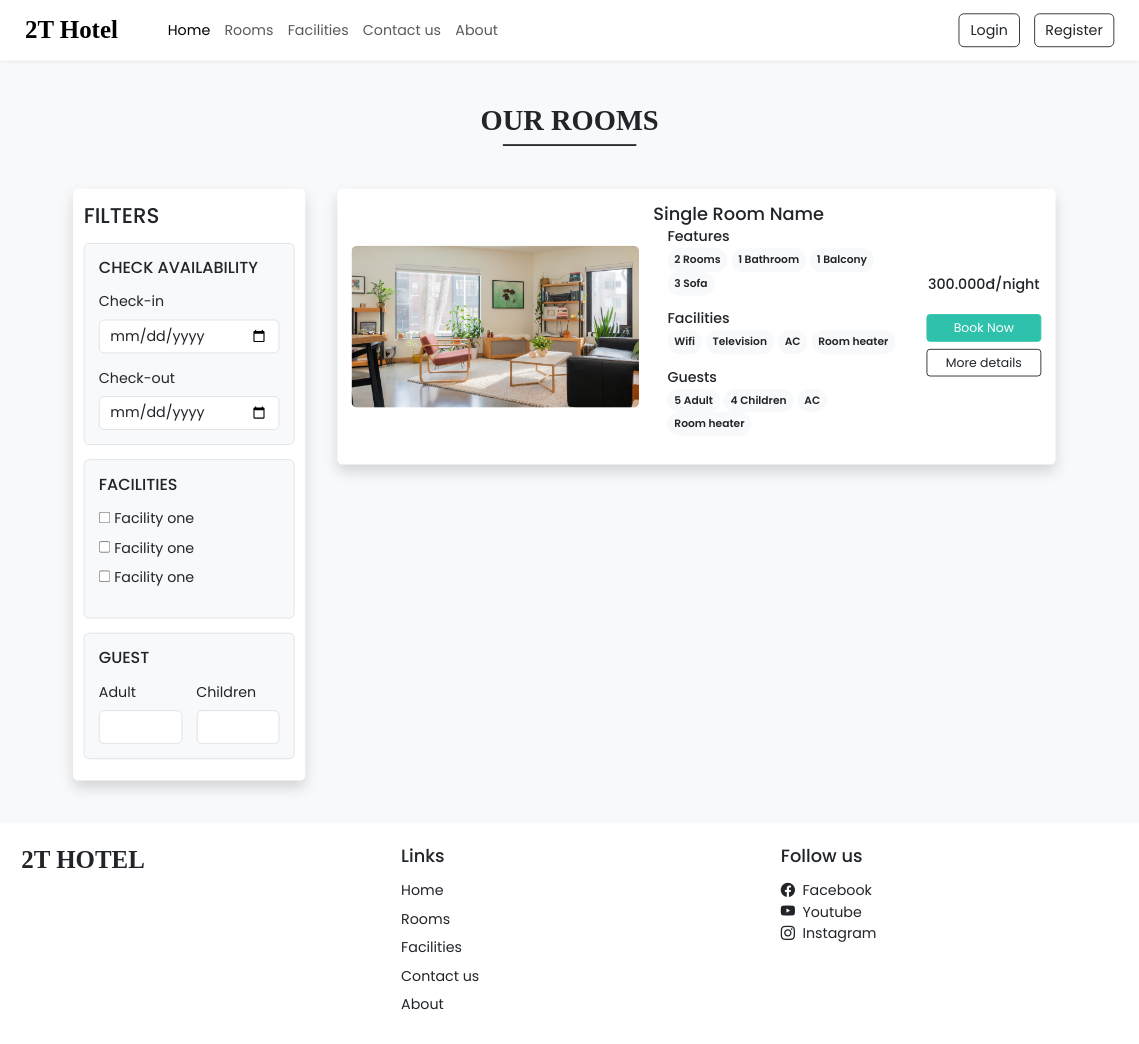
Repository: TaTongThanh2003/DoAnCoSo2024_BookingHotelWebsite
Page: http://localhost/WebsiteBookingHotel/rooms.php
These files come from the project's save history. The page is drawn as it stood at one moment and after the next save; the edit follows.
The browser window is 1280 px wide. The pictures show the whole page, at 89% of full size.
Some web fonts or font styles are not loaded; a fallback is used. The page is run by PHP 8.4 with error messages shown; the project is at /var/www/html/.

Above is the page before, as saved 2024-03-22 21:18:46.

### WebsiteBookingHotel/rooms.php
<!DOCTYPE html>
<html lang="en">

<head>
    <meta charset="UTF-8">
    <meta http-equiv="X-UA-Compatible" content="IE-edge">
    <meta name="viewport" content="width=device-width, initial-scale=1.0">
    <title>2T Hotel - ROOMS</title>
    <?php require('inc/links.php'); ?>
    <style>
    .pop:hover {
        border-top-color: var(--teal) !important;
        transform: scale(1.03);
        transition: all 0.3s;
    }
    </style>
    <link rel="stylesheet" href="https://cdn.jsdelivr.net/npm/swiper@11/swiper-bundle.min.css" />
    <style>
    @media screen and (max-width: 575px) {
        .availability-form {
            margin: 25px;
            padding: 0 35px;
        }
    }
    </style>
</head>

<body class="bg-light">
    <?php require('inc/header.php'); ?>

    <div class="my-5 px-4">
        <h2 class="fw-bold h-font text-center">OUR ROOMS</h2>
        <div class="h-line bg-dark"></div>
    </div>
    <div class="container">
        <div class="row">
            <div class="col-lg-3 col-md-12 mb-lg-0 mb-4">
                <nav class="navbar navbar-expand-lg navbar-light bg-white rounded shadow ">
                    <div class="container-fluid flex-lg-column align-items-stretch">
                        <h4 class="mt-2">FILTERS</h4>
                        <button class="navbar-toggler " type="button" data-bs-toggle="collapse"
                            data-bs-target="#filterDropdown">
                            <span class="navbar-toggler-icon"></span>
                        </button>
                        <div class="collapse navbar-collapse flex-column align-items-stretch mt-2" id="filterDropdown">
                            <div class="border bg-light p-3 rounded mb-3">
                                <h5 class="mb-3" style="font-size: 18px;">CHECK AVAILABILITY</h5>
                                <label class="form-label">Check-in</label>
                                <input type="date" class="form-control shadow-none mb-3">
                                <label class="form-label">Check-out</label>
                                <input type="date" class="form-control shadow-none">
                            </div>
                            <div class="border bg-light p-3 rounded mb-3">
                                <h5 class="mb-3" style="font-size: 18px;">FACILITIES</h5>
                                <div class="mb-2">
                                    <input type="checkbox" id="f1" class="form-check-control shadow-none mb-3">
                                    <label class="form-check-label" for="f1">Facility one</label>
                                    <div class="mb-2">
                                        <input type="checkbox" id="f2" class="form-check-control shadow-none mb-3">
                                        <label class="form-check-label" for="f2">Facility one</label>
                                        <div class="mb-2">
                                            <input type="checkbox" id="f3" class="form-check-control shadow-none mb-3">
                                            <label class="form-check-label" for="f3">Facility one</label>
                                        </div>

                                    </div>
                                </div>
                            </div>
                            <div class="border bg-light p-3 rounded mb-3">
                                <h5 class="mb-3" style="font-size: 18px;">GUEST</h5>
                                <div class="d-flex">
                                    <div class="me-3">
                                        <label class="form-label">Adult</label>
                                        <input type="number" class="form-control shadow-none">
                                    </div>
                                    <div>
                                        <label class="form-label">Children</label>
                                        <input type="number" class="form-control shadow-none">
                                    </div>
                                </div>
                            </div>
                        </div>
                    </div>
                </nav>
            </div>

            <div class="col-lg-9 col-md-12 px-4">
                <div class="card mb-4 border-0 shadow">
                    <div class="row g-0 p-3 align-items-center ">
                        <div class="col-md-5 mb-lg-0 mb-md-0 mb-3">
                            <img src="images/rooms/1.jpg" class="img-fluid rounded">
                        </div>
                        <div class="col-md-5 px-lg-3 px-md-3 px-0">
                            <h5 class="mb-1">Single Room Name</h5>
                            <div class="features mb-3 px-lg-3">
                                <h6 class="mb-1">Features</h6>
                                <span class="badge rounded-pill bg-light text-dark text-wrap lh-base">
                                    2 Rooms
                                </span>
                                <span class="badge rounded-pill bg-light text-dark text-wrap lh-base">
                                    1 Bathroom
                                </span>
                                <span class="badge rounded-pill bg-light text-dark text-wrap lh-base">
                                    1 Balcony
                                </span>
                                <span class="badge rounded-pill bg-light text-dark text-wrap lh-base">
                                    3 Sofa
                                </span>
                            </div>
                            <div class="facilities mb-3 px-lg-3">
                                <h6 class="mb-1">Facilities</h6>
                                <span class="badge rounded-pill bg-light text-dark text-wrap lh-base">
                                    Wifi
                                </span>
                                <span class="badge rounded-pill bg-light text-dark text-wrap lh-base">
                                    Television
                                </span>
                                <span class="badge rounded-pill bg-light text-dark text-wrap lh-base">
                                    AC
                                </span>
                                <span class="badge rounded-pill bg-light text-dark text-wrap lh-base">
                                    Room heater
                                </span>
                            </div>
                            <div class="guests mb-3 px-lg-3">
                                <h6 class="mb-1">Guests</h6>
                                <span class="badge rounded-pill bg-light text-dark text-wrap lh-base">
                                    5 Adult
                                </span>
                                <span class="badge rounded-pill bg-light text-dark text-wrap lh-base">
                                    4 Children
                                </span>
                                <span class="badge rounded-pill bg-light text-dark text-wrap lh-base">
                                    AC
                                </span>
                                <span class="badge rounded-pill bg-light text-dark text-wrap lh-base">
                                    Room heater
                                </span>
                            </div>
                        </div>
                        <div class="col-md-2 text-center">
                            <h6 class="mb-4">300.000đ/night</h6>
                            <a href="#" class="btn btn-sm w-100 text-white custom-bg shadow-none mb-2">Book Now</a>
                            <a href="#" class="btn btn-sm w-100 btn-outline-dark shadow-none">More details</a>
                        </div>
                    </div>
                </div>
            </div>
        </div>
    </div>

    <!-- footer -->
    <?php require('inc/footer.php'); ?>




    <!-- <script src="https://cdn.jsdelivr.net/npm/swiper@11/swiper-bundle.min.js"></script>
    <script src="https://cdn.jsdelivr.net/npm/bootstrap@5.3.3/dist/js/bootstrap.bundle.min.js"
        integrity="sha384-YvpcrYf0tY3lHB60NNkmXc5s9fDVZLESaAA55NDzOxhy9GkcIdslK1eN7N6jIeHz" crossorigin="anonymous">
    </script> -->
    <!-- <script>
    var swiper = new Swiper(".swiper-container", {
        spaceBetween: 30,
        effect: "fade",
        loop: true,
        autoplay: {
            delay: 3500,
            disableOnInteraction: false,
        }
    });
    var swiper = new Swiper(".swiper-testimonials", {
        effect: "coverflow",
        grabCursor: true,
        centeredSlides: true,
        slidesPerView: "auto",
        slidesPerView: "3",
        loop: true,
        coverflowEffect: {
            rotate: 50,
            stretch: 0,
            depth: 100,
            modifier: 1,
            slideShadows: false,
        },
        pagination: {
            el: ".swiper-pagination",
        },
        breakpoints: {
            320: {
                slidesPerView: 1,
            },
            640: {
                slidesPerView: 1,
            },
            768: {
                slidesPerView: 2,
            },
            1024: {
                slidesPerView: 3,
            },
        }
    });
    </script> -->
</body>

</html>

### WebsiteBookingHotel/inc/links.php
<link href="https://cdn.jsdelivr.net/npm/bootstrap@5.3.3/dist/css/bootstrap.min.css" rel="stylesheet"
    integrity="sha384-QWTKZyjpPEjISv5WaRU9OFeRpok6YctnYmDr5pNlyT2bRjXh0JMhjY6hW+ALEwIH" crossorigin="anonymous">
<link href="https://fonts.googleapis.com/css2?family=Merienda:wght@400;700&family=Poppins:wght@400;500;600&display=swap"
    rel="stylesheet">
<link rel="stylesheet" href="https://cdn.jsdelivr.net/npm/bootstrap-icons@1.11.3/font/bootstrap-icons.min.css">
<link rel="stylesheet" href="css/common.css">

### WebsiteBookingHotel/inc/header.php
<nav class="navbar navbar-expand-lg navbar-light bg-white px-lg-3 py-lg-2 shadow-sm sticky-top">
    <div class="container-fluid">
        <a class="navbar-brand me-5 fw-bold fs-3 h-font" href="index.php">2T Hotel</a>
        <button class="navbar-toggler shadow-none" type="button" data-bs-toggle="collapse"
            data-bs-target="#navbarSupportedContent" aria-controls="navbarSupportedContent" aria-expanded="false"
            aria-label="Toggle navigation">
            <span class="navbar-toggler-icon"></span>
        </button>
        <div class="collapse navbar-collapse" id="navbarSupportedContent">
            <ul class="navbar-nav me-auto mb-2 mb-lg-0">
                <li class="nav-item">
                    <a class="nav-link active" aria-current="page" href="index.php">Home</a>
                </li>
                <li class="nav-item">
                    <a class="nav-link" href="rooms.php">Rooms</a>
                </li>
                <li class="nav-item">
                    <a class="nav-link" href="facilities.php">Facilities</a>
                </li>
                <li class="nav-item">
                    <a class="nav-link" href="contact.php">Contact us</a>
                </li>
                <li class="nav-item">
                    <a class="nav-link" href="about.php">About</a>
                </li>
            </ul>
            <div class="d-flex">
                <button type="button" class="btn btn-outline-dark shadow-none me-lg-3 me-2" data-bs-toggle="modal"
                    data-bs-target="#loginModal">
                    Login
                </button>
                <button type="button" class="btn btn-outline-dark shadow-none " data-bs-toggle="modal"
                    data-bs-target="#registerModal">
                    Register
                </button>
            </div>
        </div>
    </div>
</nav>

<!-- login -->
<div class="modal fade" id="loginModal" data-bs-backdrop="static" data-bs-keyboard="false" tabindex="-1"
    aria-labelledby="staticBackdropLabel" aria-hidden="true">
    <div class="modal-dialog">
        <div class="modal-content">
            <form>
                <div class="modal-header">
                    <h5 class="modal-title d-flex align-item-center">
                        <i class="bi bi-person-circle fs-5 me-2"></i> User login
                    </h5>
                    <button type="reset" class="btn-close shadow-none" data-bs-dismiss="modal"
                        aria-label="Close"></button>
                </div>
                <div class="modal-body">
                    <div class="mb-3">
                        <label class="form-label">Email address</label>
                        <input type="email" class="form-control shadow-none">
                    </div>
                    <div class="mb-4">
                        <label class="form-label">Password</label>
                        <input type="password" class="form-control shadow-none">
                    </div>
                    <div class="d-flex align-items-center justify-content-between mb-2">
                        <button type="submit" class="btn btn-dark shadow-none">LOGIN</button>
                        <a href="javascript: void(0)" class="text-secondary text-decoration-none">Forgot
                            Password?</a>
                    </div>
                </div>
            </form>
        </div>
    </div>
</div>

<!-- Register -->
<div class="modal fade" id="registerModal" data-bs-backdrop="static" data-bs-keyboard="false" tabindex="-1"
    aria-labelledby="staticBackdropLabel" aria-hidden="true">
    <div class="modal-dialog modal-lg">
        <div class="modal-content">
            <form>
                <div class="modal-header">
                    <h5 class="modal-title d-flex align-item-center">
                        <i class="bi bi-person-lines-fill fs-5 me-2"></i>
                        User Registration
                    </h5>
                    <button type="reset" class="btn-close shadow-none" data-bs-dismiss="modal"
                        aria-label="Close"></button>
                </div>
                <div class="modal-body">
                    <span class="badge rounded-pill bg-light text-dark mb-3 text-wrap lh-base">
                        Note: Your details must match with your ID (Aadhar card, passport, driving license, etc.)
                        that will be required dring check-in.
                    </span>
                    <div class="container-fluid">
                        <div class="row">
                            <!-- Name -->
                            <div class="col-md-6 ps-0 mb-3">
                                <label class="form-label">Name</label>
                                <input type="text" class="form-control shadow-none">
                            </div>
                            <!-- Email -->
                            <div class="col-md-6 p-0 mb-3">
                                <label class="form-label">Email</label>
                                <input type="email" class="form-control shadow-none">
                            </div>
                            <!-- Phone Number -->
                            <div class="col-md-6 ps-0 mb-3">
                                <label class="form-label">Phone Number</label>
                                <input type="number" class="form-control shadow-none">
                            </div>
                            <!-- Picture -->
                            <div class="col-md-6 p-0 mb-3">
                                <label class="form-label">Picture</label>
                                <input type="file" class="form-control shadow-none">
                            </div>
                            <!-- Address -->
                            <div class="col-md-12 p-0 mb-3">
                                <label class="form-label">Address</label>
                                <textarea class="form-control shadow-none" rows="1"></textarea>
                            </div>
                            <!-- Pincode -->
                            <div class="col-md-6 ps-0 mb-3">
                                <label class="form-label">Pincode</label>
                                <input type="number" class="form-control shadow-none">
                            </div>
                            <!-- Date of birth -->
                            <div class="col-md-6 p-0 mb-3">
                                <label class="form-label">Date of birth</label>
                                <input type="date" class="form-control shadow-none">
                            </div>
                            <!-- Password -->
                            <div class="col-md-6 ps-0 mb-3">
                                <label class="form-label">Password</label>
                                <input type="password" class="form-control shadow-none">
                            </div>
                            <!-- Comfirm Password -->
                            <div class="col-md-6 p-0 mb-3">
                                <label class="form-label">Comfirm Password</label>
                                <input type="password" class="form-control shadow-none">
                            </div>
                        </div>
                    </div>
                    <div class="text-center my-1">
                        <button type="submit" class="btn btn-dark shadow-none">REGISTER</button>
                    </div>
                </div>
            </form>
        </div>
    </div>
</div>

### WebsiteBookingHotel/inc/footer.php
<div class="container-fluid bg-white mt-5">
    <div class="row">
        <div class="col-lg-4 p-4">
            <h3 class="h-font fw-bold fs-3">2T HOTEL</h3>
            <p>

            </p>
        </div>
        <div class="col-lg-4 p-4">
            <h5 class="mb-3">Links</h5>
            <a href="#" class="d-inline-block mb-2 text-dark text-decoration-none">Home</a><br>
            <a href="#" class="d-inline-block mb-2 text-dark text-decoration-none">Rooms</a><br>
            <a href="#" class="d-inline-block mb-2 text-dark text-decoration-none">Facilities</a><br>
            <a href="#" class="d-inline-block mb-2 text-dark text-decoration-none">Contact us</a><br>
            <a href="#" class="d-inline-block mb-2 text-dark text-decoration-none">About</a>
        </div>
        <div class="col-lg-4 p-4">
            <h5 class="mb-3">Follow us</h5>
            <a href="#" class="d-inline-block text-dark text-decoration-none md-2">
                <i class="bi bi-facebook me-1"></i> Facebook
            </a><br>
            <a href="#" class="d-inline-block text-dark text-decoration-none md-2">
                <i class="bi bi-youtube me-1"></i> Youtube
            </a><br>
            <a href="#" class="d-inline-block text-dark text-decoration-none ">
                <i class="bi bi-instagram me-1"></i> Instagram
            </a><br>
        </div>
    </div>
</div>

### WebsiteBookingHotel/css/common.css
:root{
    --teal: #2ec1ac;
    --teal_hover: #279e8c;
}

* {
    font-family: 'Poppins', sans-serif;
}

.h-font {
    font-family: 'Merienda', cursive;
}

input::-webkit-outer-spin-button,
input::-webkit-inner-spin-button {
    -webkit-appearance: none;
    margin: 0;
}

/* input[type=number] {
    -moz-appearance: textfield;
} */

.custom-bg {
    background-color: var(--teal);
    border: 1px solid var(--teal);
}

.custom-bg:hover {
    background-color: var(--teal_hover);
    border-color: var(--teal_hover);
}

.availability-form {
    margin-top: -50px;
    z-index: 2;
    position: relative;
}
.h-line{
    width: 150px ;
    margin: 0 auto;
    height: 1.7px;
}

After the next save:
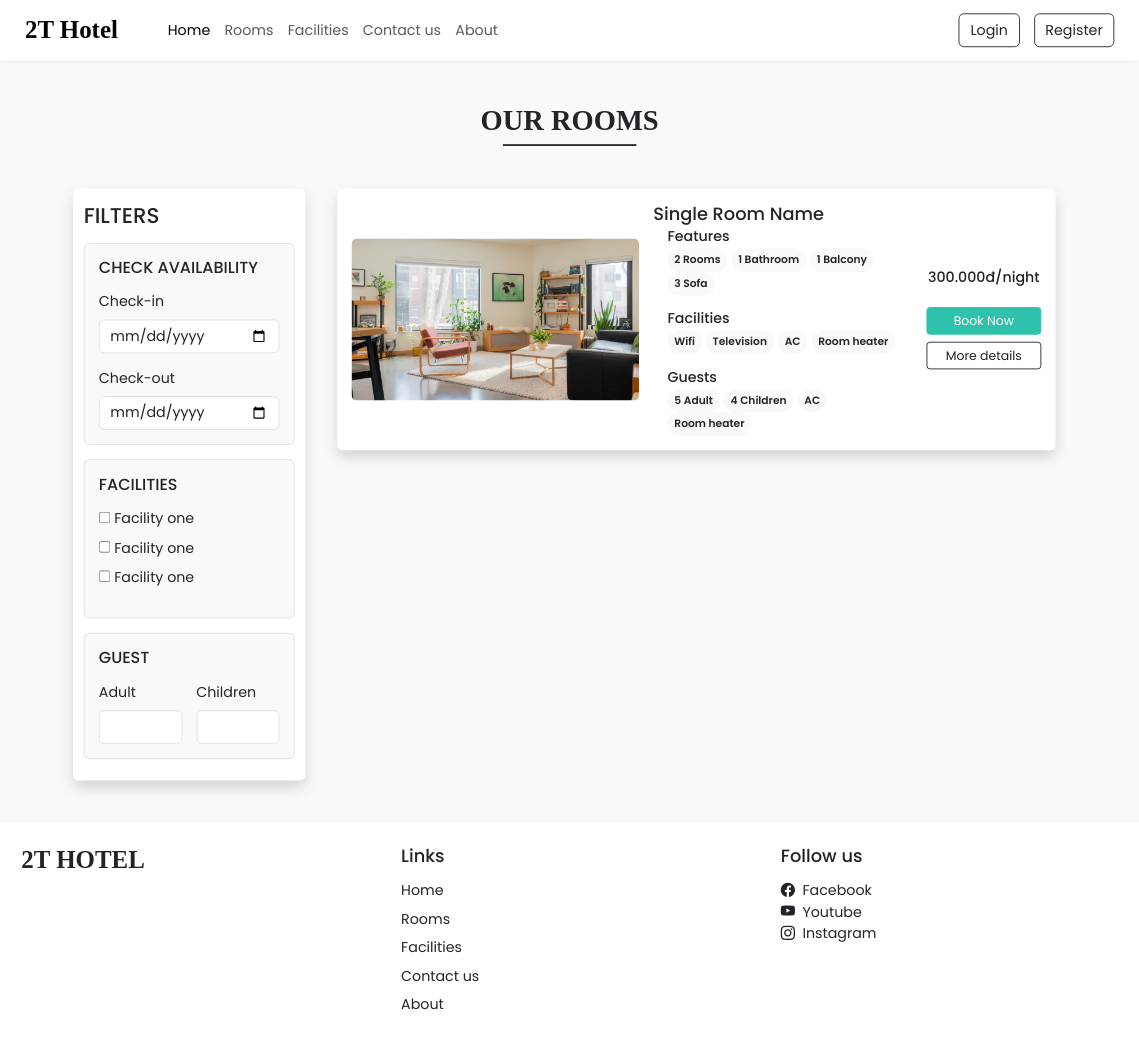
Saved 93 s later.
--- a/WebsiteBookingHotel/rooms.php
+++ b/WebsiteBookingHotel/rooms.php
@@ -122,7 +122,7 @@
                                     Room heater
                                 </span>
                             </div>
-                            <div class="guests mb-3 px-lg-3">
+                            <div class="guests px-lg-3">
                                 <h6 class="mb-1">Guests</h6>
                                 <span class="badge rounded-pill bg-light text-dark text-wrap lh-base">
                                     5 Adult
